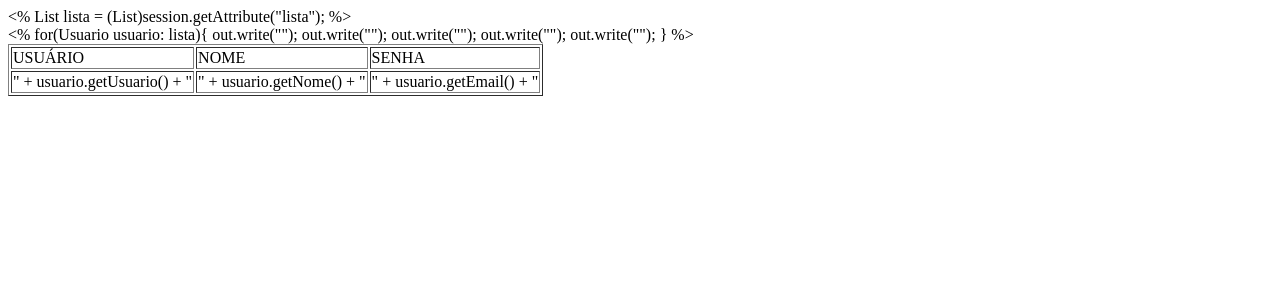
Repository: jpmaffei18/PROJETO_JAVA
Page: FinalWeb/src/main/webapp/WEB-INF/cadastrados.html
The author's editor kept a copy of each file at every save. The page is drawn from the files as they stood at one save, then again after the next save.
The browser window is 1280 px wide. The pictures show the whole page.

Above is the page before, as saved 2023-04-12 11:49:53.

### FinalWeb/src/main/webapp/WEB-INF/cadastrados.html
<!DOCTYPE html>
<html>
<head>
<meta charset="ISO-8859-1">
<title>Insert title here</title>
</head>
<body>

<table>
	<%
		List<Usuario> lista = (List<Usuario>)session.getAttribute("lista");
	%>

	<table border = 1>
		<tr>
			<td>USUÁRIO</td>
			<td>NOME</td>
			<td>SENHA</td>
		</tr>

		<%
			for(Usuario usuario: lista){
				out.write("<tr>");
					out.write("<td>" + usuario.getUsuario() + "</td>");
					out.write("<td>" + usuario.getNome() + "</td>");
					out.write("<td>" + usuario.getEmail() + "</td>");
				out.write("</tr>");
			}
		%>

	</table>


</body>
</html>

After the next save:
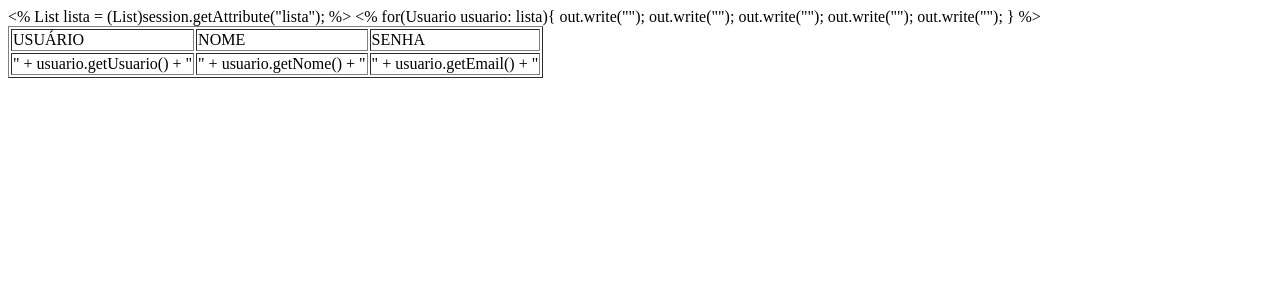
Saved 11 s later.
--- a/FinalWeb/src/main/webapp/WEB-INF/cadastrados.html
+++ b/FinalWeb/src/main/webapp/WEB-INF/cadastrados.html
@@ -6,7 +6,8 @@
 </head>
 <body>
 
-<table>
+<div class="conteudo">
+
 	<%
 		List<Usuario> lista = (List<Usuario>)session.getAttribute("lista");
 	%>
@@ -30,6 +31,7 @@
 
 	</table>
 
+</div>
 
 </body>
 </html>
